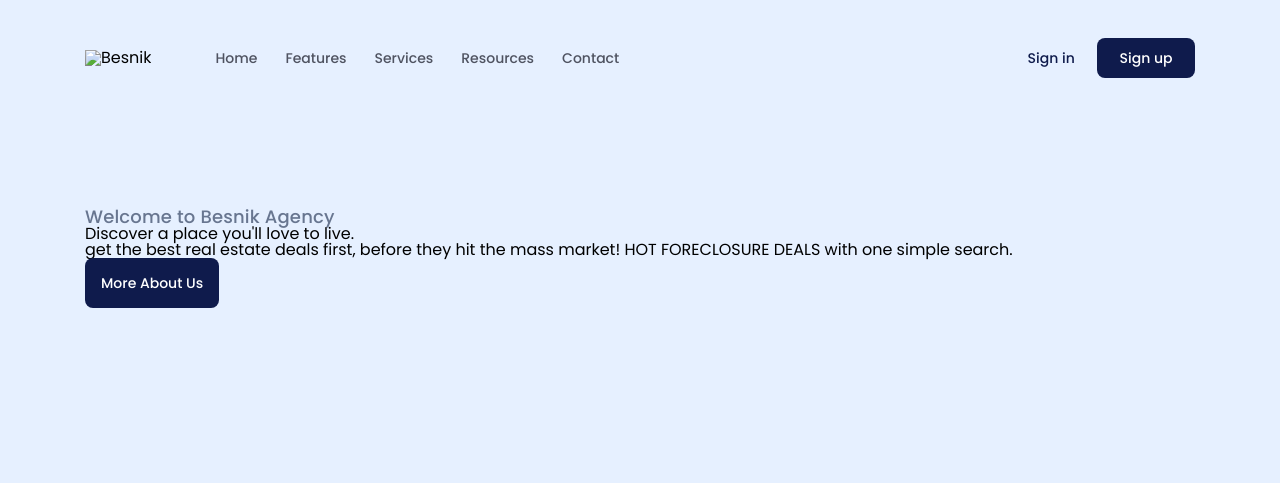
Repository: Phu2992/htmlcss-f8-01
Page: index.html
These files come from the project's save history. The page is drawn as it stood at one moment and after the next save; the edit follows.
The browser window is 1280 px wide. The pictures show the whole page.

Above is the page before, as saved 2024-09-26 16:29:14.

### index.html
<!DOCTYPE html>
<html lang="en">
    <head>
        <meta charset="UTF-8" />
        <meta name="viewport" content="width=device-width, initial-scale=1.0" />
        <link rel="stylesheet" href="./assets/css/reset.css" />
        <link rel="stylesheet" href="./assets/fonts/stylesheet.css" />
        <link rel="stylesheet" href="./assets/css/styles.css" />
        <title>F8-Project-1</title>
    </head>
    <body>
        <main>
            <!-- Header -->
            <header class="header">
                <div class="content">
                    <!-- navigation-bar -->
                    <nav class="navbar">
                        <img src="./assets/img/logo.svg" alt="Besnik" />
                        <ul>
                            <li><a href="#!">Home</a></li>
                            <li><a href="#!">Features</a></li>
                            <li><a href="#!">Services</a></li>
                            <li><a href="#!">Resources</a></li>
                            <li><a href="#!">Contact</a></li>
                        </ul>
                        <div class="action">
                            <a href="#!" class="action-link">Sign in</a>
                            <a href="#!" class="btn">Sign up</a>
                        </div>
                    </nav>
                    <!-- Hero -->
                    <div class="hero">
                        <!-- hero-info -->
                        <div class="info">
                            <p class="sub-title">Welcome to Besnik Agency</p>
                            <h1 class="title">
                                Discover a place you'll love to live.
                            </h1>
                            <p class="desc">
                                get the best real estate deals first, before
                                they hit the mass market! HOT FORECLOSURE DEALS
                                with one simple search.
                            </p>
                            <a href="" class="btn">More About Us</a>
                        </div>
                    </div>
                </div>
            </header>
        </main>
    </body>
</html>

### assets/fonts/stylesheet.css
/* ===================== Poppins====================== */
@font-face {
    font-family: "Poppins";
    src: url("poppins/Poppins-Bold.woff2") format("woff2"),
        url("poppins/Poppins-Bold.woff") format("woff");
    font-weight: bold;
    font-style: normal;
    font-display: swap;
}

@font-face {
    font-family: "Poppins";
    src: url("poppins/Poppins-BlackItalic.woff2") format("woff2"),
        url("poppins/Poppins-BlackItalic.woff") format("woff");
    font-weight: 900;
    font-style: italic;
    font-display: swap;
}

@font-face {
    font-family: "Poppins";
    src: url("poppins/Poppins-Black.woff2") format("woff2"),
        url("poppins/Poppins-Black.woff") format("woff");
    font-weight: 900;
    font-style: normal;
    font-display: swap;
}

@font-face {
    font-family: "Poppins";
    src: url("poppins/Poppins-ExtraBold.woff2") format("woff2"),
        url("poppins/Poppins-ExtraBold.woff") format("woff");
    font-weight: bold;
    font-style: normal;
    font-display: swap;
}

@font-face {
    font-family: "Poppins";
    src: url("poppins/Poppins-ExtraLight.woff2") format("woff2"),
        url("poppins/Poppins-ExtraLight.woff") format("woff");
    font-weight: 200;
    font-style: normal;
    font-display: swap;
}

@font-face {
    font-family: "Poppins";
    src: url("poppins/Poppins-BoldItalic.woff2") format("woff2"),
        url("poppins/Poppins-BoldItalic.woff") format("woff");
    font-weight: bold;
    font-style: italic;
    font-display: swap;
}

@font-face {
    font-family: "Poppins";
    src: url("poppins/Poppins-ExtraBoldItalic.woff2") format("woff2"),
        url("poppins/Poppins-ExtraBoldItalic.woff") format("woff");
    font-weight: bold;
    font-style: italic;
    font-display: swap;
}

@font-face {
    font-family: "Poppins";
    src: url("poppins/Poppins-Light.woff2") format("woff2"),
        url("poppins/Poppins-Light.woff") format("woff");
    font-weight: 300;
    font-style: normal;
    font-display: swap;
}

@font-face {
    font-family: "Poppins";
    src: url("poppins/Poppins-LightItalic.woff2") format("woff2"),
        url("poppins/Poppins-LightItalic.woff") format("woff");
    font-weight: 300;
    font-style: italic;
    font-display: swap;
}

@font-face {
    font-family: "Poppins";
    src: url("poppins/Poppins-Italic.woff2") format("woff2"),
        url("poppins/Poppins-Italic.woff") format("woff");
    font-weight: normal;
    font-style: italic;
    font-display: swap;
}

@font-face {
    font-family: "Poppins";
    src: url("poppins/Poppins-ExtraLightItalic.woff2") format("woff2"),
        url("poppins/Poppins-ExtraLightItalic.woff") format("woff");
    font-weight: 200;
    font-style: italic;
    font-display: swap;
}

@font-face {
    font-family: "Poppins";
    src: url("poppins/Poppins-Medium.woff2") format("woff2"),
        url("poppins/Poppins-Medium.woff") format("woff");
    font-weight: 500;
    font-style: normal;
    font-display: swap;
}

@font-face {
    font-family: "Poppins";
    src: url("poppins/Poppins-ThinItalic.woff2") format("woff2"),
        url("poppins/Poppins-ThinItalic.woff") format("woff");
    font-weight: 100;
    font-style: italic;
    font-display: swap;
}

@font-face {
    font-family: "Poppins";
    src: url("poppins/Poppins-Thin.woff2") format("woff2"),
        url("poppins/Poppins-Thin.woff") format("woff");
    font-weight: 100;
    font-style: normal;
    font-display: swap;
}

@font-face {
    font-family: "Poppins";
    src: url("poppins/Poppins-SemiBold.woff2") format("woff2"),
        url("poppins/Poppins-SemiBold.woff") format("woff");
    font-weight: 600;
    font-style: normal;
    font-display: swap;
}

@font-face {
    font-family: "Poppins";
    src: url("poppins/Poppins-SemiBoldItalic.woff2") format("woff2"),
        url("poppins/Poppins-SemiBoldItalic.woff") format("woff");
    font-weight: 600;
    font-style: italic;
    font-display: swap;
}

@font-face {
    font-family: "Poppins";
    src: url("poppins/Poppins-MediumItalic.woff2") format("woff2"),
        url("poppins/Poppins-MediumItalic.woff") format("woff");
    font-weight: 500;
    font-style: italic;
    font-display: swap;
}

@font-face {
    font-family: "Poppins";
    src: url("poppins/Poppins-Regular.woff2") format("woff2"),
        url("poppins/Poppins-Regular.woff") format("woff");
    font-weight: normal;
    font-style: normal;
    font-display: swap;
}

### assets/css/styles.css
* {
    box-sizing: border-box;
}

:root {
    --primari-color: #0f1b4c;
}

html {
    font-size: 62.5%;
}

body {
    font-size: 1.6rem;
    font-family: "Poppins", sans-serif;
}

/* common */
.content {
    width: 1110px;
    max-width: calc(100% - 48px);
    margin-left: auto;
    margin-right: auto;
}

a {
    text-decoration: none;
}

.header {
    background-color: #e6f0ff;
    height: 100vh;
}

.btn {
    display: inline-block;
    padding: 18px 16px;
    min-width: 98px;
    border-radius: 8px;
    background: var(--primari-color);
    color: #ffffff;
    text-align: center;
    font-size: 1.4rem;
    font-weight: 500;
}

.btn:hover {
    opacity: 0.9;
}

/* Header-Navigation */
.navbar {
    display: flex;
    align-items: center;
    padding-top: 38px;
}

.navbar ul {
    display: flex;
    margin-left: 50px;
}

.navbar ul a {
    color: #4f5361;
    font-size: 1.4rem;
    font-weight: 500;
    padding: 8px 14px;
}

.navbar ul a:hover {
    text-decoration: underline;
}

.navbar .action {
    margin-left: auto;
}

.navbar .action-link {
    color: var(--primari-color);
    font-size: 1.4rem;
    font-weight: 500;
}

.navbar .action .btn {
    padding: 13px 16px;
    margin-left: 18px;
}

/* Header-Hero */
.hero {
    margin-top: 130px;
}

.hero .sub-title {
    color: #687690;
    font-size: 1.8rem;
    font-weight: 500;
    letter-spacing: 0.01em;
}

.hero .title {
}

Loaded but not shown: assets/css/reset.css (common file)

After the next save:
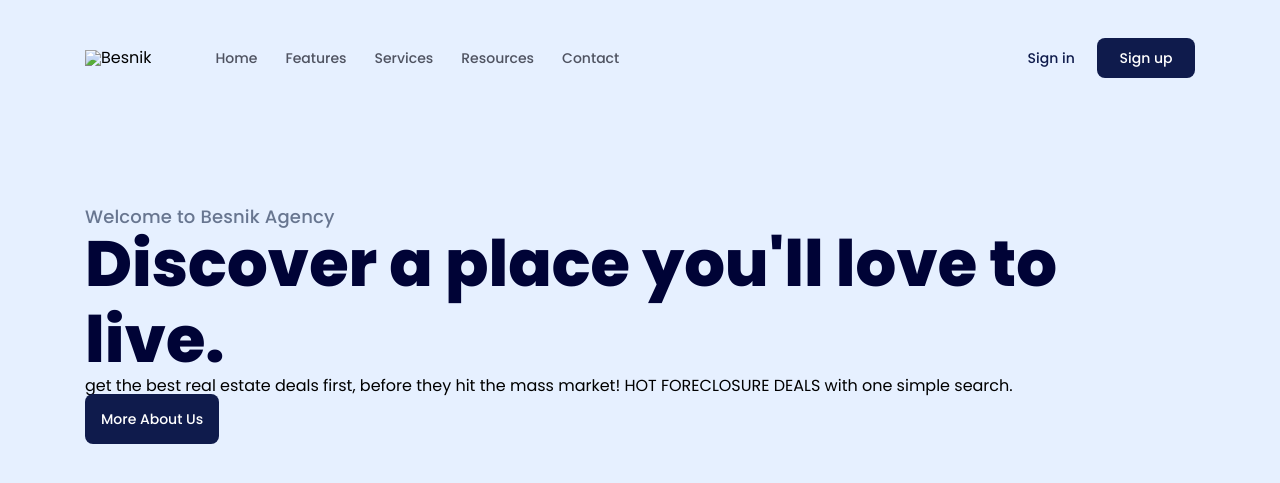
Saved 109 s later.
--- a/assets/css/styles.css
+++ b/assets/css/styles.css
@@ -99,4 +99,9 @@
 }
 
 .hero .title {
+    color: #000336;
+    font-size: 6.4rem;
+    font-style: normal;
+    font-weight: 700;
+    line-height: 1.1875;
 }
